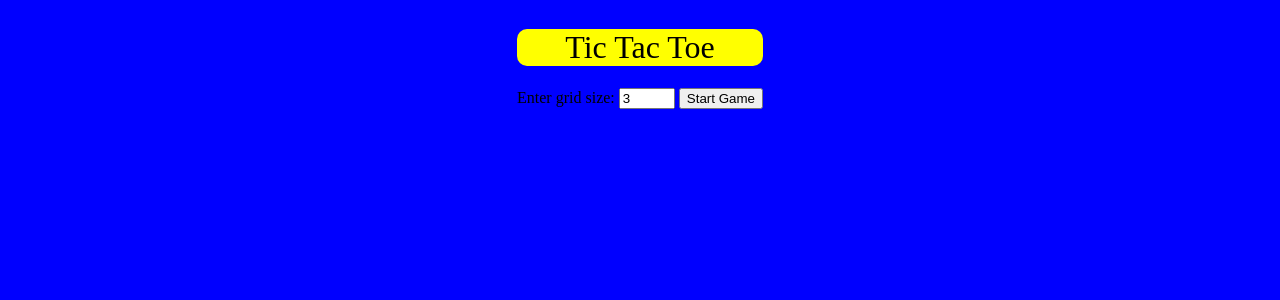
Repository: Shamraiz761/tik_tak_toe_game
Page: index.html
These files come from the project's save history. The page is drawn as it stood at one moment and after the next save; the edit follows.
The browser window is 1280 px wide. The pictures show the whole page.

Above is the page before, as saved 2024-01-09 11:49:06.

### index.html
<!DOCTYPE html>
<html>
  <head>
    <title>Tic Tac Toe</title>
    <link rel="stylesheet" type="text/css" href="styles.css" />
  </head>
  <body>
    <div>
      <h1 class="header">Tic Tac Toe</h1>
      <label for="sizeInput">Enter grid size:</label>
      <input type="number" id="sizeInput" min="3" max="10" value="3" />
      <button onclick="startGame()">Start Game</button>
<div style="display: flex;justify-content: center;">
      <div id="board" style="margin-top: 20px; "></div>
      </div>


      <div id="status" style="margin-top: 20px; text-align: center;"></div>

    </div>
    <script src="tik_tak.js"></script>
  </body>
</html>

### styles.css
body{
    display: flex;
    justify-content: center;
    align-items: center;

    background-color: blue;
}
.header{
    text-align: center;
    background-color: yellow;
    border-radius: 10px;
    font-weight: 500;
}
.cell {
    width: 50px;
    height: 50px;
    border: 2px solid #000;
    display: inline-block;
    text-align: center;
    line-height: 50px;
    font-size: 20px;
    margin-left: 3px;
  }

### tik_tak.js
let currentPlayer = 'X';
let boardSize = 3;
let board = [];

function startGame() {
  boardSize = parseInt(document.getElementById("sizeInput").value);
  createBoard();
}

function createBoard() {
  board = [];
  let html = '';
  for (let i = 0; i < boardSize; i++) {
    board.push(Array(boardSize).fill(''));
    for (let j = 0; j < boardSize; j++) {
      html += `<div class="cell" data-row="${i}" data-col="${j}" onclick="cellClick(${i}, ${j})"></div>`;
    }
    html += '<br>';
  }
  document.getElementById("board").innerHTML = html;
  document.getElementById("status").innerHTML = `Player ${currentPlayer}'s turn`;
}

function cellClick(row, col) {
  if (board[row][col] === '') {
    board[row][col] = currentPlayer;
    document.querySelector(`[data-row="${row}"][data-col="${col}"]`).innerText = currentPlayer;

    if (checkWin(row, col)) {
      document.getElementById("status").innerText = `Player ${currentPlayer} wins!`;
    } else if (checkDraw()) {
      document.getElementById("status").innerText = 'It\'s a draw!';
    } else {
      currentPlayer = currentPlayer === 'X' ? 'O' : 'X';
      document.getElementById("status").innerText = `Player ${currentPlayer}'s turn`;
    }
  }
}

function checkWin(row, col) {
  const symbols = ['X', 'O'];
  for (let s of symbols) {
    let win = true;

    for (let i = 0; i < boardSize; i++) {
      if (board[row][i] !== s) {
        win = false;
        break;
      }
    }
    if (win) return true;


    win = true;
    for (let i = 0; i < boardSize; i++) {
      if (board[i][col] !== s) {
        win = false;
        break;
      }
    }
    if (win) return true;


    win = true;
    for (let i = 0; i < boardSize; i++) {
      if (board[i][i] !== s) {
        win = false;
        break;
      }
    }
    if (win) return true;


    win = true;
    for (let i = 0; i < boardSize; i++) {
      if (board[i][boardSize - 1 - i] !== s) {
        win = false;
        break;
      }
    }
    if (win) return true;
  }
  return false;
}

function checkDraw() {
  for (let i = 0; i < boardSize; i++) {
    for (let j = 0; j < boardSize; j++) {
      if (board[i][j] === '') {
        return false;
      }
    }
  }
  return true;
}

After the next save:
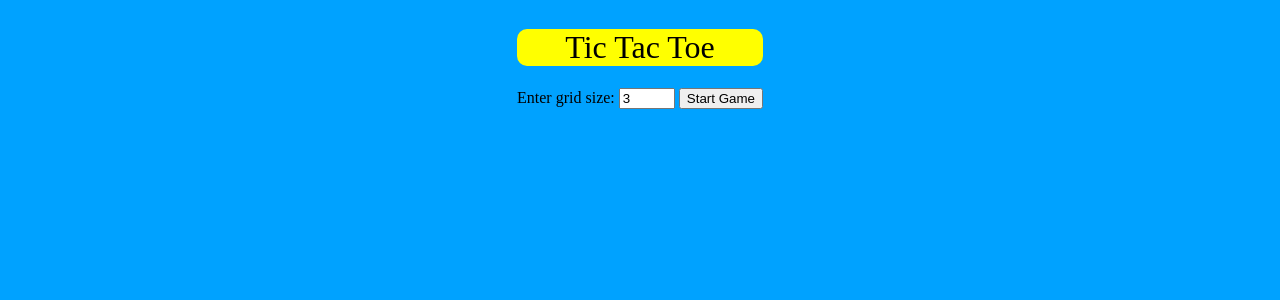
Saved 32 s later.
--- a/styles.css
+++ b/styles.css
@@ -3,7 +3,7 @@ body{
     justify-content: center;
     align-items: center;
 
-    background-color: blue;
+    background-color: rgb(0, 162, 255);
 }
 .header{
     text-align: center;
